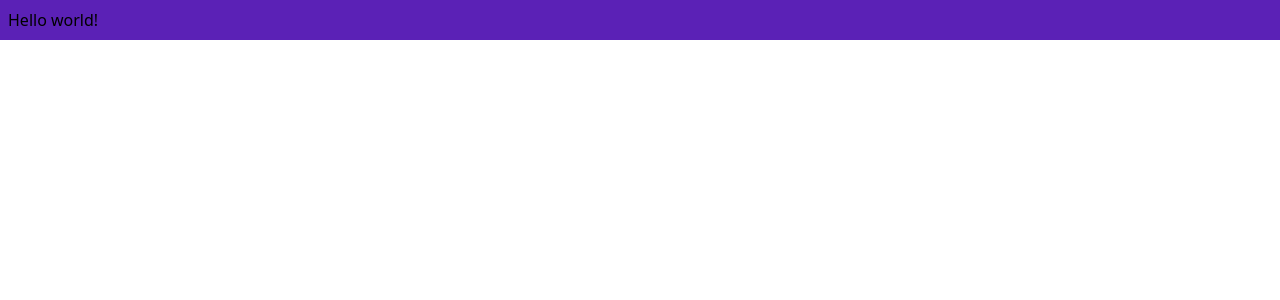
Repository: wandersondacosta/NLW-return-
Page: / (app in web/)
An editor plug-in stored every save of this project. The page is shown before and after the next save, followed by the edit.
The browser window is 1280 px wide. The pictures show the whole page.
The project was rebuilt for these pictures with package versions that can differ from the ones it lists, and the page was loaded fresh each time. Also part of the build but not shown: web/vite.config.ts.

Above is the page before, as saved 2022-05-02 20:34:10.

### web/src/main.tsx
import React from "react";
import ReactDOM from "react-dom/client";
import App from "./App";

import "./global.css";

ReactDOM.createRoot(document.getElementById("root")!).render(
  <React.StrictMode>
    <App />
  </React.StrictMode>
);

### web/src/App.tsx
function App() {
  return (
    <div className="bg-violet-800 p-2">
      <h1>Hello world!</h1>
    </div>
  );
}

export default App;

### web/tailwind.config.js
module.exports = {
  content: ["./src/**/*.tsx"],
  theme: {
    extend: {},
  },
  plugins: [],
};

Loaded but not shown: web/index.html (common file); web/src/global.css (common file)

After the next save:
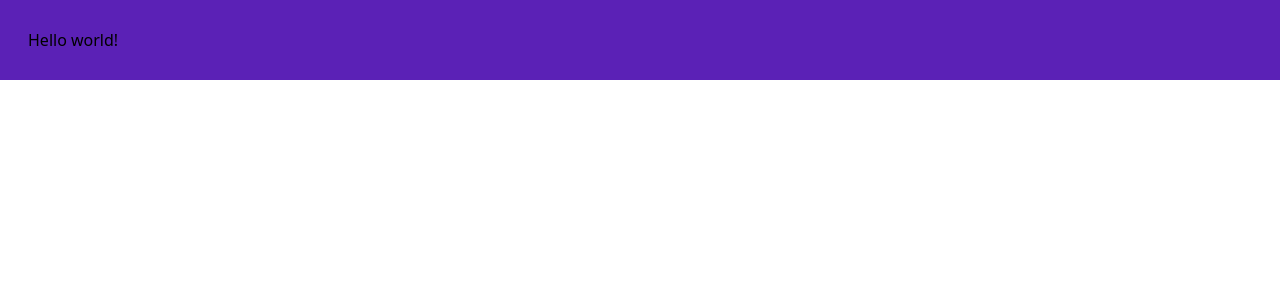
Saved 62 s later.
--- a/web/src/App.tsx
+++ b/web/src/App.tsx
@@ -1,6 +1,6 @@
 function App() {
   return (
-    <div className="bg-violet-800 p-2">
+    <div className="bg-violet-800 p-7">
       <h1>Hello world!</h1>
     </div>
   );
